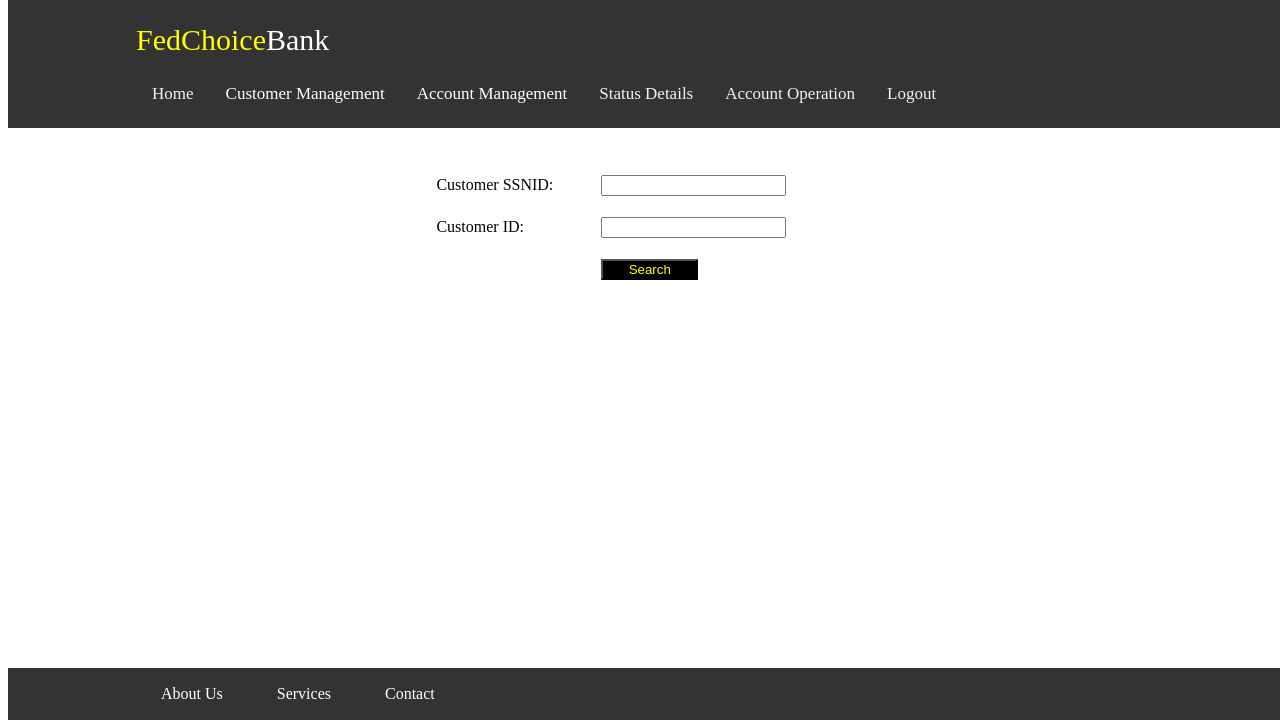
Repository: gopikavinod/RBM
Page: http://localhost/Retail_Bank_Management/updateCustomer.jsp
An editor plug-in stored every save of this project. The page is shown before and after the next save, followed by the edit.
The browser window is 1280 px wide. The pictures show the whole page.
The page is served by Tomcat 9.

Above is the page before, as saved 2020-06-21 09:18:11.

After the next save:
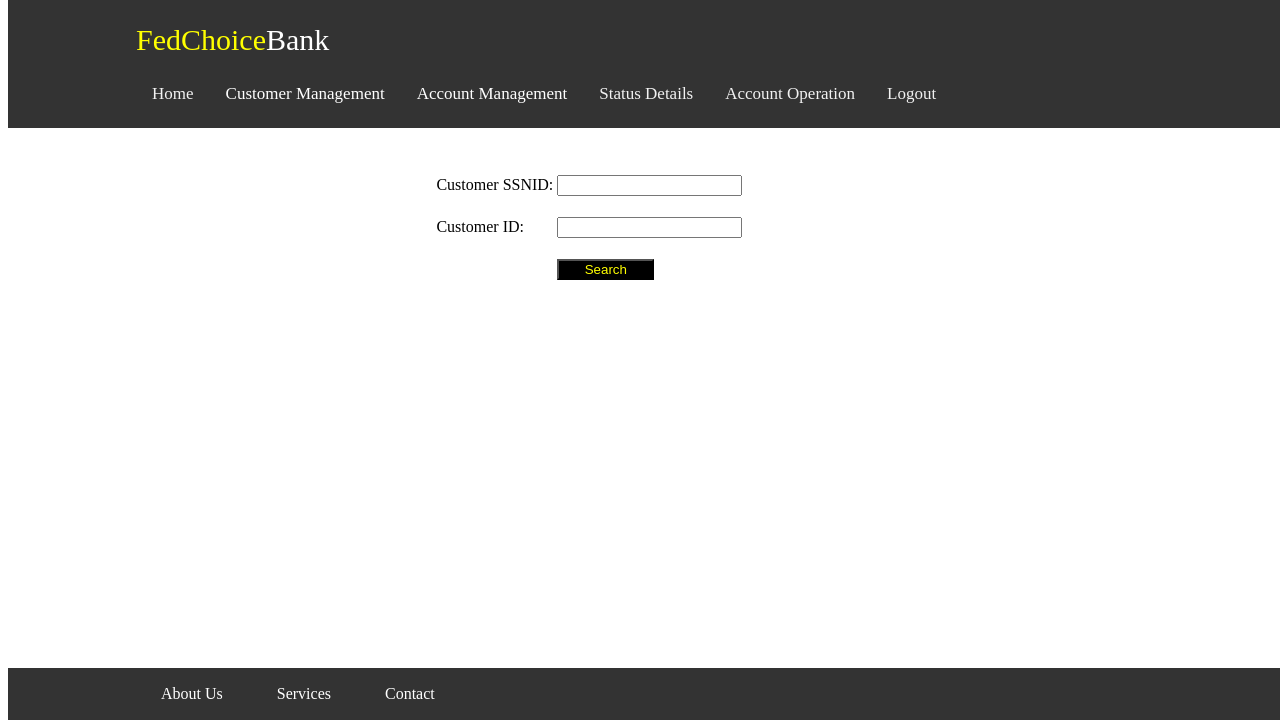
Saved 57 s later.
--- a/eclipse-workspace/Retail Bank Management/WebContent/updateCustomer.jsp
+++ b/eclipse-workspace/Retail Bank Management/WebContent/updateCustomer.jsp
@@ -185,7 +185,7 @@
 
 
 
-<tr  style="visibility:hidden">
+<%-- <tr  style="visibility:hidden">
 <td>Old Customer Name:</td>
 <td><input type="text" id="cname" name="customername"  style="visibility:hidden" value="<%
 
@@ -221,7 +221,7 @@ name=updatecustomer.getCustname();%>" readonly="readonly" > </td>
 <tr colspan="2"  style="visibility:hidden">
 <td></td>
 <td><input type="submit" value="Search" style="background-color: black;color: yellow ;width:97px"></td>
-</tr>
+</tr> --%>
 
 </table>
 
